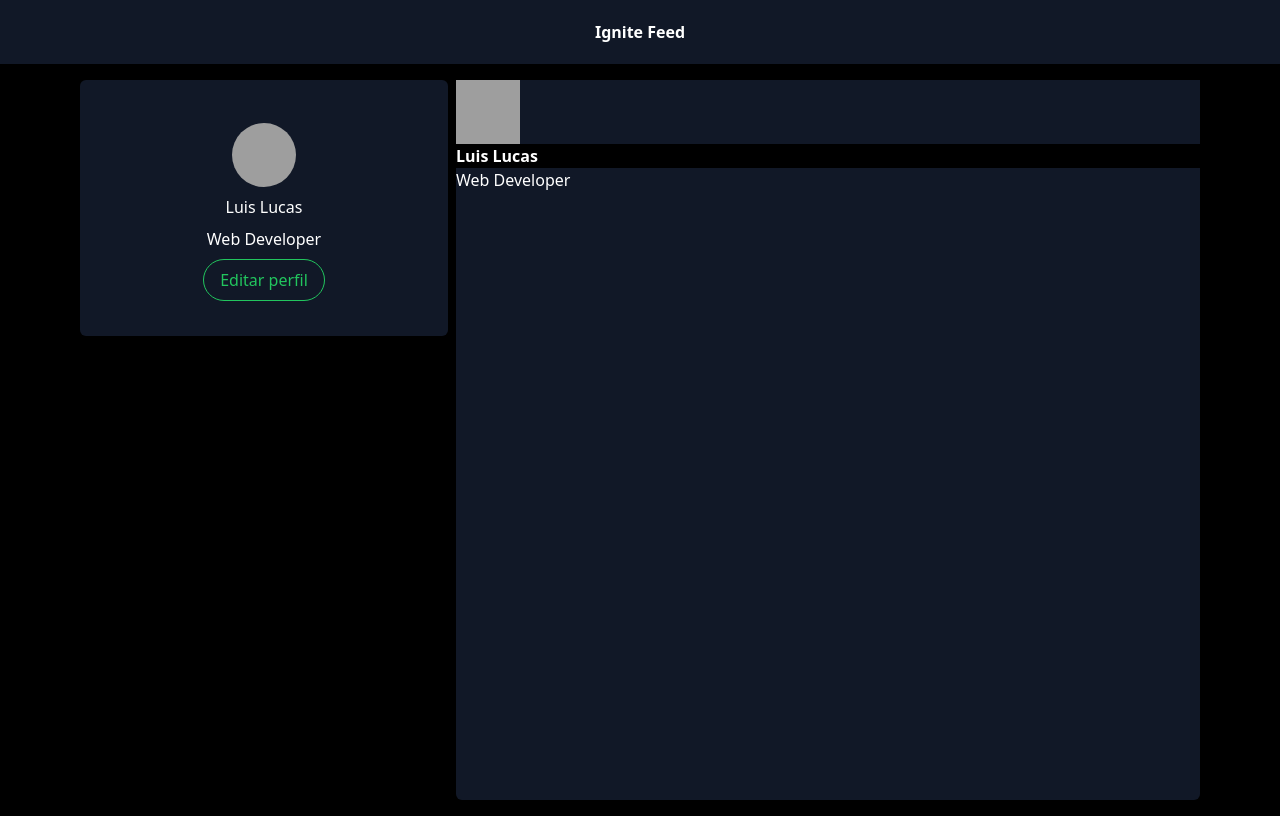
Repository: LuisSempre/ignite-feed
Page: /
The author's editor kept a copy of each file at every save. The page is drawn from the files as they stood at one save, then again after the next save.
The browser window is 1280 px wide. The pictures show the whole page.
Pictures or frames that could not be fetched are drawn as grey boxes. The project was rebuilt for these pictures with package versions that can differ from the ones it lists, and the page was loaded fresh each time. Also part of the build but not shown: vite.config.js.

Above is the page before, as saved 2022-07-13 22:49:23.

After the next save:
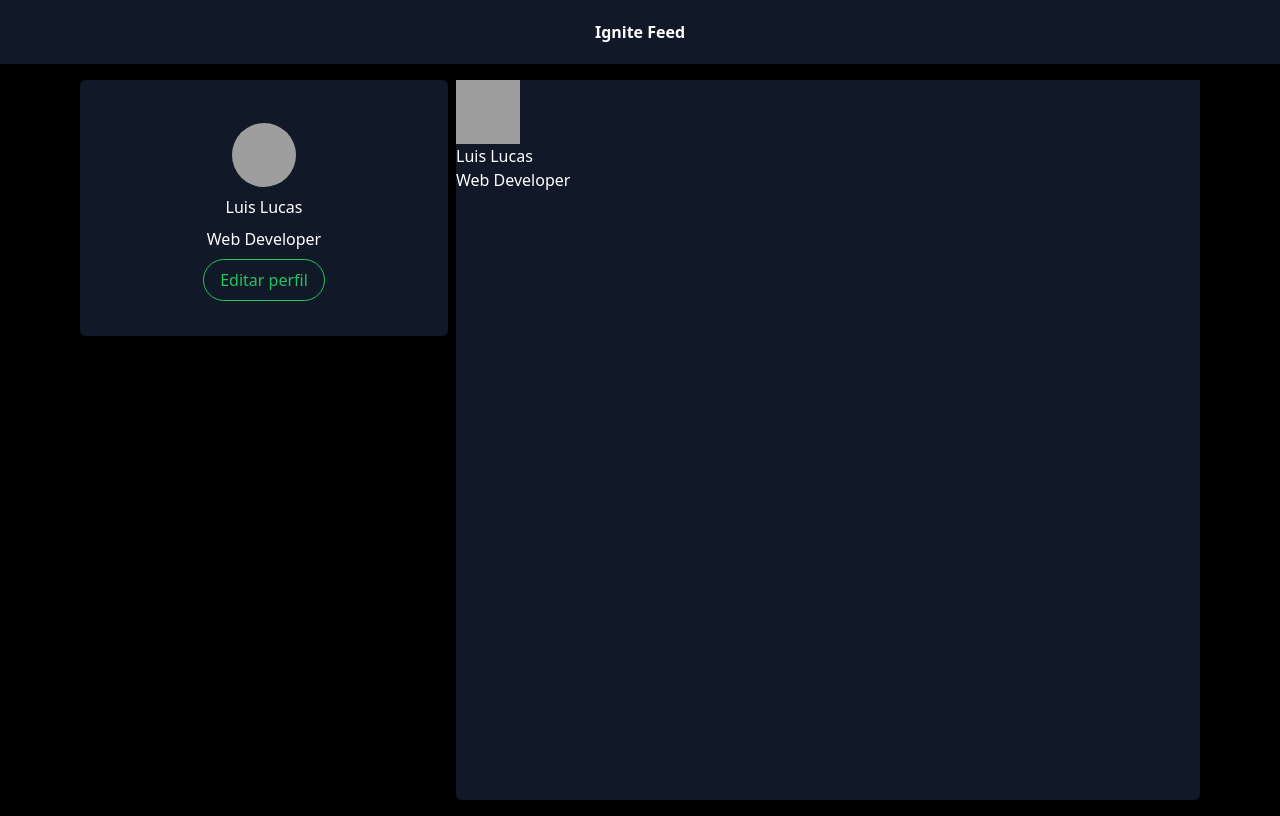
Saved 12 s later.
--- a/src/Components/Post.jsx
+++ b/src/Components/Post.jsx
@@ -6,7 +6,7 @@ export function Post() {
                 <img
                 className="h-16 w-16"
                 src="https://github.com/luissempre.png" alt="" />
-                <strong>Luis Lucas</strong>
+                <h1>Luis Lucas</h1>
                 <span>Web Developer</span>
                 </div>
             </div>
